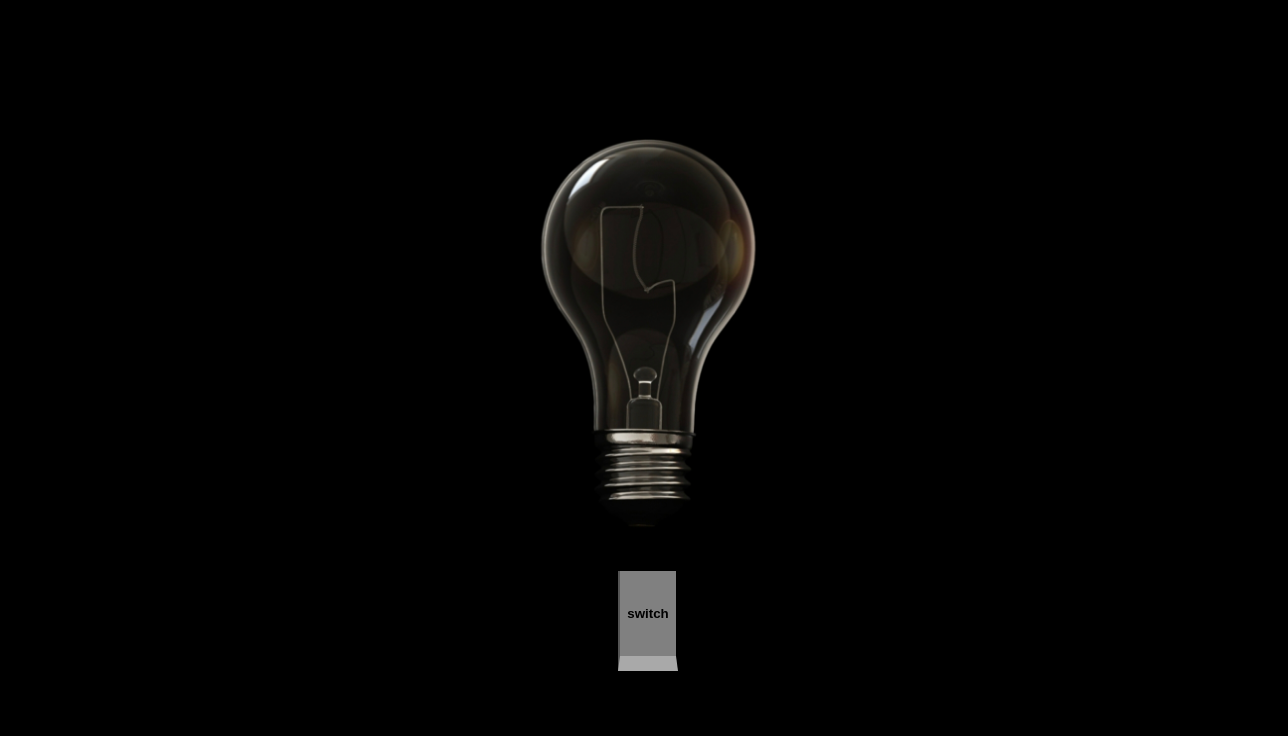
Repository: JunaidAnsari202/bulb
Page: index.html
An editor plug-in stored every save of this project. The page is shown before and after the next save, followed by the edit.
The browser window is 1280 px wide. The page is 1288 px wide, so the pictures cover 1288 px, including what lies to the right of the window. The pictures show the whole page.
The pointer rests on the first visible `.bttn`.

Above is the page before, as saved 2023-10-27 21:47:17.

After the next save:
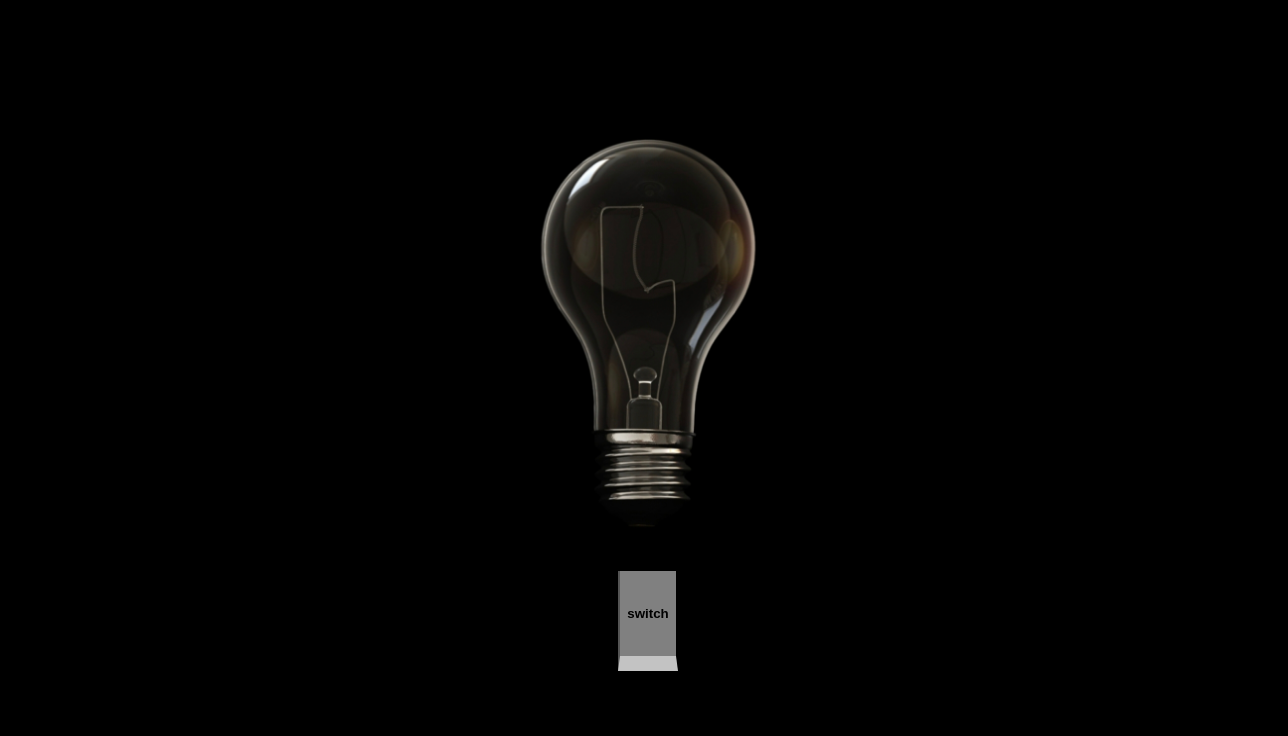
Saved 8 s later.
--- a/style.css
+++ b/style.css
@@ -30,6 +30,6 @@ body{
     background-color: grey;
     border-top: 0px rgba(0, 0, 0, 0.271) solid;
 
-    border-bottom: 15px rgba(255, 255, 255, 0.322) solid;
+    border-bottom: 15px rgba(255, 255, 255, 0.53) solid;
 
 }
